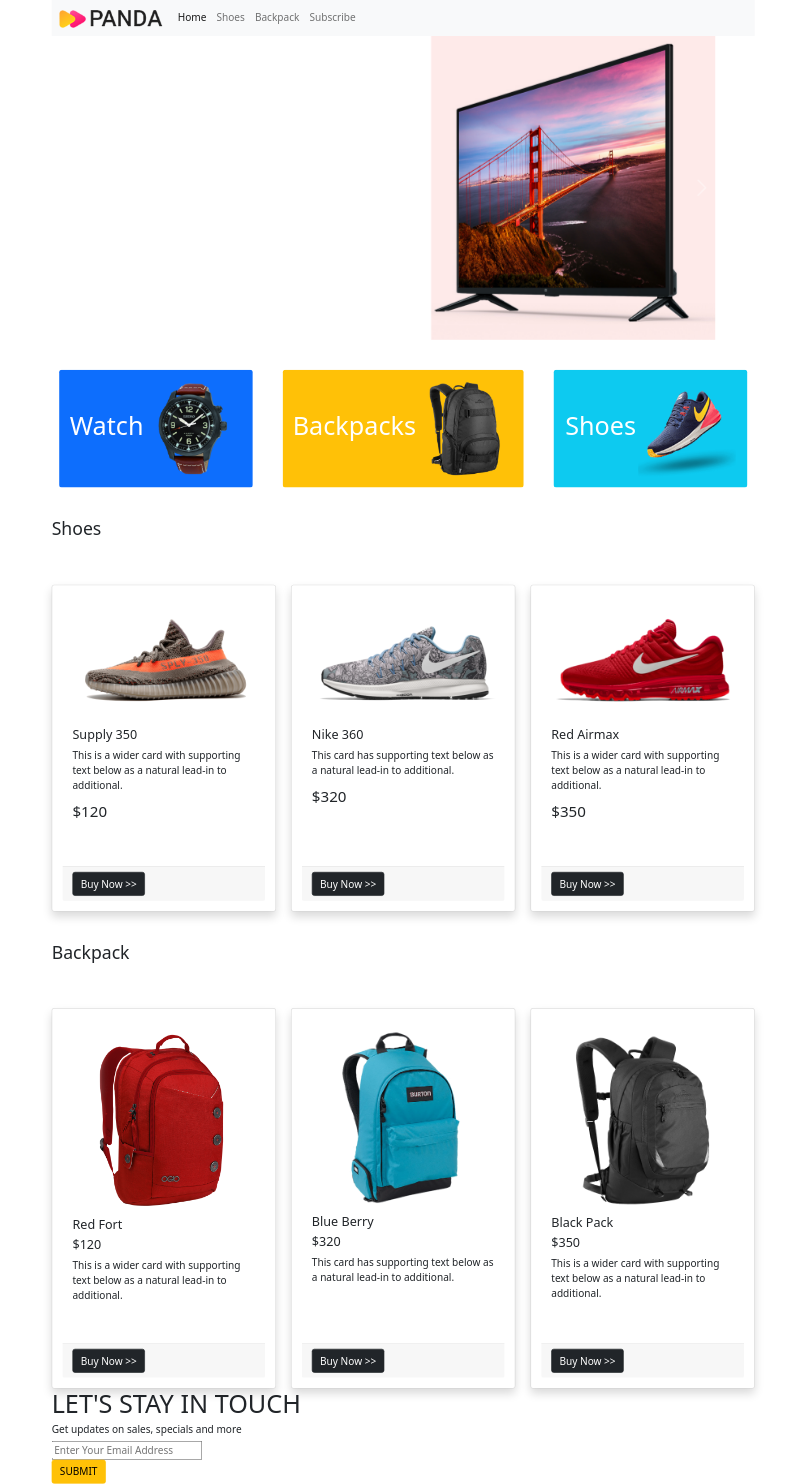
Repository: omarhasnain/panda-commerce-bootstrap
Page: index.html
The author's editor kept a copy of each file at every save. The page is drawn from the files as they stood at one save, then again after the next save.
The browser window is 1280 px wide. The pictures show the whole page, at 63% of full size.

Above is the page before, as saved 2021-01-14 17:31:08.

### index.html
<!DOCTYPE html>
<html lang="en">
<head>
    <meta charset="UTF-8">
    <meta name="viewport" content="width=device-width, initial-scale=1.0">
    <title>Panda Commerce</title>
    <link href="https://cdn.jsdelivr.net/npm/bootstrap@5.0.0-beta1/dist/css/bootstrap.min.css" rel="stylesheet" integrity="sha384-giJF6kkoqNQ00vy+HMDP7azOuL0xtbfIcaT9wjKHr8RbDVddVHyTfAAsrekwKmP1" crossorigin="anonymous">
</head>
<body>
    <header class="container">
        <nav class="navbar navbar-expand-lg navbar-light bg-light">
            <div class="container-fluid">
              <a class="navbar-brand" href="#"><img src="images/logo.png" alt=""></a>
              <button class="navbar-toggler" type="button" data-bs-toggle="collapse" data-bs-target="#navbarNavAltMarkup" aria-controls="navbarNavAltMarkup" aria-expanded="false" aria-label="Toggle navigation">
                <span class="navbar-toggler-icon"></span>
              </button>
              <div class="collapse navbar-collapse" id="navbarNavAltMarkup">
                <div class="navbar-nav">
                  <a class="nav-link active" aria-current="page" href="#">Home</a>
                  <a class="nav-link" href="#">Shoes</a>
                  <a class="nav-link" href="#">Backpack</a>
                  <a class="nav-link" href="#" tabindex="-1" >Subscribe</a>
                </div>
              </div>
            </div>
          </nav>

        <section>
            <div id="carouselExampleControls" class="carousel slide" data-bs-ride="carousel">
                <div class="carousel-inner">
                  <div class="carousel-item active">
                   <div class="row">
                       <div class="col-md-7">

                       </div>
                       <div class="col-md-5">
                        <img src="images/banner-images/tv.png" class="d-block w-100" alt="...">
                       </div>
                   </div>
                  </div>
                  <div class="carousel-item">
                    <div class="row">
                        <div class="col-md-7">

                        </div>
                        <div class="col-md-5">
                            <img src="images/banner-images/headphone.png" class="d-block w-100" alt="...">
                        </div>
                    </div>
                  </div>
                  <div class="carousel-item">
                   <div class="row">
                       <div class="col-md-7">

                       </div>
                       <div class="col-md-5">
                        <img src="images/banner-images/xbox.png" class="d-block w-100" alt="...">
                       </div>
                   </div>
                  </div>
                </div>
                <a class="carousel-control-prev" href="#carouselExampleControls" role="button" data-bs-slide="prev">
                  <span class="carousel-control-prev-icon" aria-hidden="true"></span>
                  <span class="visually-hidden">Previous</span>
                </a>
                <a class="carousel-control-next" href="#carouselExampleControls" role="button" data-bs-slide="next">
                  <span class="carousel-control-next-icon" aria-hidden="true"></span>
                  <span class="visually-hidden">Next</span>
                </a>
              </div>
        </section>


    </header>
    <main class="container">
        <section class="container overflow-hidden mt-5">
            <div class="row gx-5">
              <div class="col">
               <div class="p-3 rounded bg-primary d-flex align-items-center justify-content-around">
                   <h1 class="text-white">Watch</h1>
                   <img src="images/categories/watch.png" alt="">
               </div>
              </div>
              <div class="col">
                <div class="p-3 rounded bg-warning d-flex align-items-center justify-content-around">
                    <h1 class="text-white">Backpacks</h1>
                    <img src="images/categories/bag.png" alt="">
                </div>
               </div>
               <div class="col">
                <div class="p-3 rounded bg-info d-flex align-items-center justify-content-around">
                    <h1 class="text-white">Shoes</h1>
                    <img src="images/categories/shoes.png" alt="">
                </div>
               </div>

            </div>
        </section>

        <section class="mt-5">
            <h3>Shoes</h3>
            <div class="row row-cols-1 row-cols-md-3 g-4 mt-5">
                <div class="col">
                  <div class="card h-100 shadow p-3 mb-5 bg-white rounded">
                    <img src="images/shoes/shoe-1.png" class="card-img-top" alt="...">
                    <div class="card-body ">
                      <h5 class="card-title">Supply 350</h5>
                      <p class="card-text">This is a wider card with supporting text below as a natural lead-in to additional.
                    </p>
                    <h4>$120</h4>
                    </div>

                    <div class="card-footer">
                    <button class="text-white btn btn-dark">Buy Now >></button>
                    </div>
                  </div>
                </div>
                <div class="col">
                  <div class="card h-100 shadow p-3 mb-5 bg-white rounded">
                    <img src="images/shoes/shoe-2.png" class="card-img-top" alt="...">
                    <div class="card-body">
                      <h5 class="card-title">Nike 360</h5>
                      <p class="card-text">This card has supporting text below as a natural lead-in to additional.</p>
                      <h4>$320</h4>
                    </div>
                    <div class="card-footer">
                        <button class="text-white btn btn-dark">Buy Now >></button>
                    </div>
                  </div>
                </div>
                <div class="col">
                  <div class="card h-100 shadow p-3 mb-5 bg-white rounded">
                    <img src="images/shoes/shoe-3.png" class="card-img-top" alt="...">
                    <div class="card-body">
                      <h5 class="card-title">Red Airmax</h5>
                      <p class="card-text">This is a wider card with supporting text below as a natural lead-in to additional.</p>
                      <h4>$350</h4>
                    </div>
                    <div class="card-footer">
                        <button class="text-white btn btn-dark">Buy Now >></button>
                    </div>
                  </div>
                </div>
            </div>


        </section>

        <section class="mt-5">
            <h3>Backpack</h3>
            <div class="row row-cols-1 row-cols-md-3 g-4 mt-5">
                <div class="col">
                  <div class="card h-100 shadow p-3 mb-5 bg-white rounded">
                    <img src="images/bags/bag-1.png" class="card-img-top" alt="...">
                    <div class="card-body ">
                      <h5 class="card-title">Red Fort</h5>
                      <h5>$120</h5>
                      <p class="card-text">This is a wider card with supporting text below as a natural lead-in to additional.
                    </p>

                    </div>

                    <div class="card-footer">
                    <button class="text-white btn btn-dark">Buy Now >></button>
                    </div>
                  </div>
                </div>
                <div class="col">
                  <div class="card h-100 shadow p-3 mb-5 bg-white rounded">
                    <img src="images/bags/bag-2.png" class="card-img-top" alt="...">
                    <div class="card-body">
                      <h5 class="card-title">Blue Berry</h5>
                      <h5>$320</h5>
                      <p class="card-text">This card has supporting text below as a natural lead-in to additional.</p>

                    </div>
                    <div class="card-footer">
                        <button class="text-white btn btn-dark">Buy Now >></button>
                    </div>
                  </div>
                </div>
                <div class="col">
                  <div class="card h-100 shadow p-3 mb-5 bg-white rounded">
                    <img src="images/bags/bag-3.png" class="card-img-top" alt="...">
                    <div class="card-body">
                      <h5 class="card-title">Black Pack</h5>
                      <h5>$350</h5>
                      <p class="card-text">This is a wider card with supporting text below as a natural lead-in to additional.</p>

                    </div>
                    <div class="card-footer">
                        <button class="text-white btn btn-dark">Buy Now >></button>
                    </div>
                  </div>
                </div>
            </div>


        </section>
        <section class="justify-content-center">
            <h1>LET'S STAY IN TOUCH</h1>
            <h6>Get updates on sales, specials and more</h6>
            <input type="text" placeholder="Enter Your Email Address">
            <div>
            <button class="btn btn-warning radius ">SUBMIT</button>
            </div>
        </section>

    </main>














    <script src="https://cdn.jsdelivr.net/npm/bootstrap@5.0.0-beta1/dist/js/bootstrap.bundle.min.js" integrity="sha384-ygbV9kiqUc6oa4msXn9868pTtWMgiQaeYH7/t7LECLbyPA2x65Kgf80OJFdroafW" crossorigin="anonymous"></script>
</body>
</html>

After the next save:
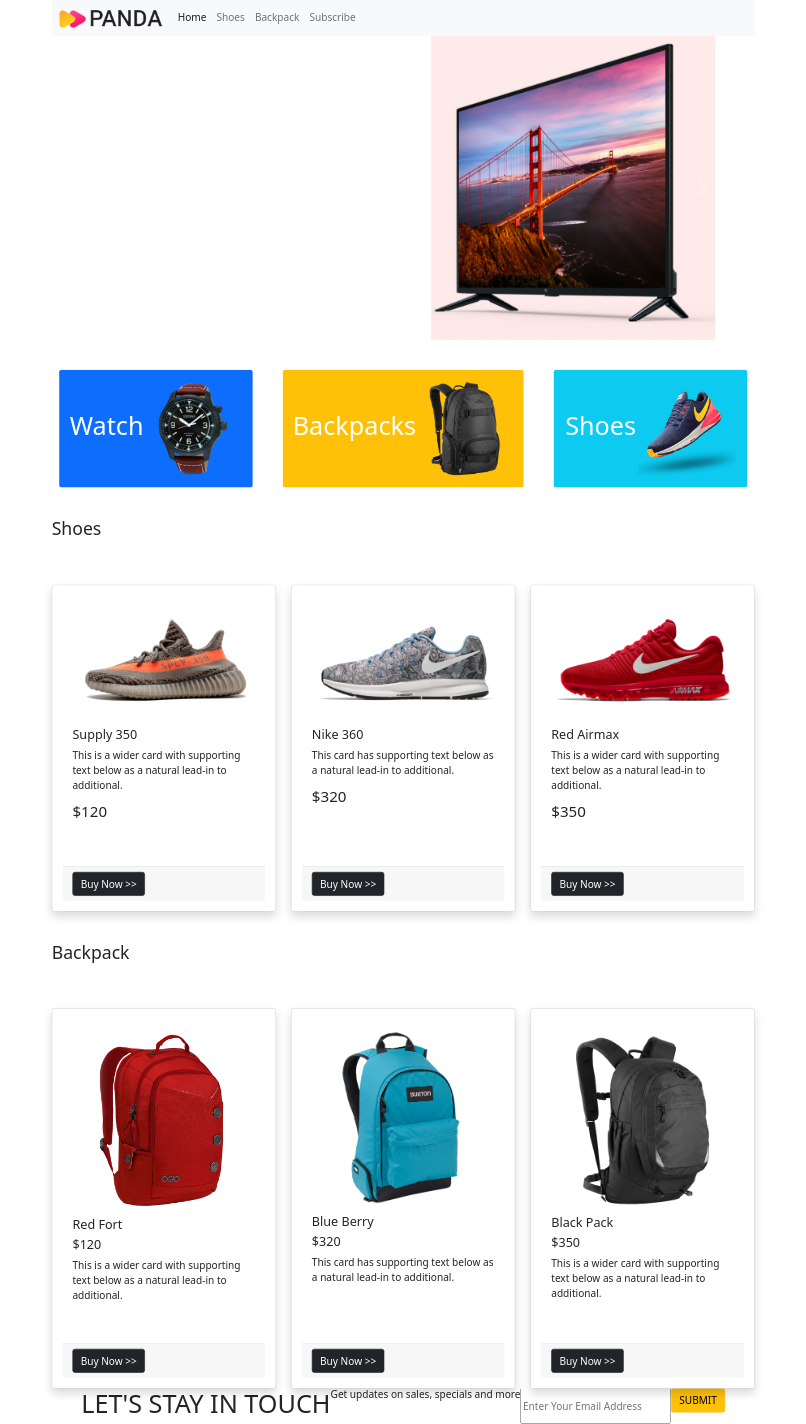
Saved 29 s later.
--- a/index.html
+++ b/index.html
@@ -197,7 +197,7 @@
 
 
         </section>
-        <section class="justify-content-center">
+        <section class="d-flex justify-content-center">
             <h1>LET'S STAY IN TOUCH</h1>
             <h6>Get updates on sales, specials and more</h6>
             <input type="text" placeholder="Enter Your Email Address">
